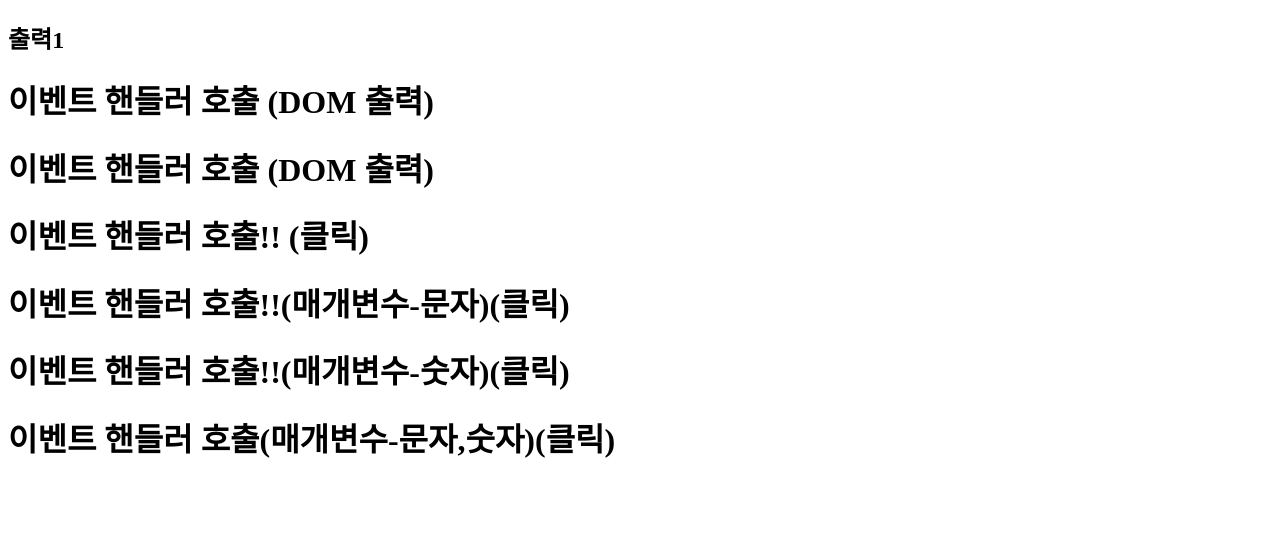
Repository: buildadoor/eclipse
Page: jspexp/src/main/webapp/a01_javascript/a01_basic/a07_function.html
The author's editor kept a copy of each file at every save. The page is drawn from the files as they stood at one save, then again after the next save.
The browser window is 1280 px wide. The pictures show the whole page.

Above is the page before, as saved 2022-11-15 05:42:09.

### jspexp/src/main/webapp/a01_javascript/a01_basic/a07_function.html
<!DOCTYPE html>
<html>
<head>
<meta charset="UTF-8">
<title>Insert title here</title>
<link href="/a00_com/a01_common.css" rel="stylesheet">
<style type="text/css">
/*

*/
</style>
<script type="text/javascript">
/*
 # js의 함수 처리
 1. 함수는 기능 처리를 위한 코드의 집합체라고 할 수 있다.
 2. 기본형식
    function 함수명(매개변수,...){
      프로세스 처리

      return 리턴값;
}
 */
    function plus(num01, num02){
       var sum = num01 + num02;
       return sum;
    }
   //alert( plus(10,20));

   // ex) 물건가격과 갯수를 매개변수로 전달해서 총합계를 리턴하여 alert()로 로딩하세요.
    function calcu(price,cnt){
       var total = price*cnt;
       return total;
    }
    // alert(calcu(20000,4));
    // console.log(calcu(20000,4));
    /*
 # 이벤트와 이벤트핸들러 함수 처리
 1. js에서는 속성으로 on이벤트명="이벤트핸들러"를 통해서
 해당 이벤트가 발생했을 때, 처리할 코드를 특정한 함수를 통해서 정의한 내용을 수행할 수 있다.
 2. 처리 순서
 	1) 이벤트 핸들러 함수 선언 : 이벤트를 통해서 처리할 내용 함수 선언
 	2) 이벤트 속성 선언 및 이벤트 핸들러 함수 호출
 		태그 on이벤트명="이벤트 핸들러 함수()"
    3) 이벤트 핸들러에 매개변수 전달
    	함수에 매개변수를 선언하여 문자열, 숫자 데이터를 전달할 수 있다.
 		*/
    function call01(){
 		alert("안녕하세요");
 	}
    function call02(name){
 		alert("안녕하세요"+name);
 	}
    function call03(num01,num02){
 		alert(num01+"+"+num02+"="+(num01+num02));
 	}
    function call04(pname,price,cnt){
 		alert("물건: "+pname+" 비용: "+(price*cnt));
 	}
  //ex) call04를 통해 물건명과 가격(숫자), 갯수를 넘겨서 alert()으로 구매비용
  // 물건:@@@ 비용:@@를 경고창으로 출력되게 하세요.
 //이벤트를 통해 특정한 DOM객체에 전달값 출력 처리
   function call05(){
	  //h2 첫번째 객체 호출
	  var h2Arry = document.querySelectorAll("h2");
	  h2Arry[0].innerText="안녕하세요";

  }
  //ex)h2에 출력 call06함수를 만들고 DOM출력레이블을 만들고 클릭시 반갑습니다가 나오게 처리하세요
 	    function call06(){
	  //h2 첫번째 객체 호출
	  var h2Arry = document.querySelectorAll("h2");
	  h2Arry[0].innerText="반갑습니다";

  }
 </script>
</head>
<body>
	<h2>출력1</h2>
	<h1 onclick="call05()">이벤트 핸들러 호출 (DOM 출력)</h1>
	<h1 onclick="call06()">이벤트 핸들러 호출 (DOM 출력)</h1>

   <h1 onclick="call01()">이벤트 핸들러 호출!! (클릭)</h1>
   <h1 onclick="call02('홍길동')">이벤트 핸들러 호출!!(매개변수-문자)(클릭)</h1>
   <h1 onclick="call03(4,5)">이벤트 핸들러 호출!!(매개변수-숫자)(클릭)</h1>
   <h1 onclick="call04('사과',1500,3)">이벤트 핸들러 호출(매개변수-문자,숫자)(클릭)</h1>
</body>

<script>

</script>

</html>

### jspexp/src/main/webapp/a00_com/a01_common.css
* {
  box-sizing: border-box;
}

input[type=text],input[type=password], select, textarea {
  width: 100%;
  padding: 12px;
  border: 1px solid #ccc;
  border-radius: 4px;
  resize: vertical;
}

label {
  padding: 12px 12px 12px 0;
  display: inline-block;
}

input[type=button], input[type=submit] {
  background-color: #04AA6D;
  color: white;
  padding: 12px 20px;
  border: none;
  border-radius: 4px;
  cursor: pointer;
  float: right;
}

input[type=button]:hover, input[type=submit]:hover {
  background-color: #45a049;
}

.container {
  border-radius: 5px;
  background-color: #f2f2f2;
  padding: 20px;
}

.col-25 {
  float: left;
  width: 25%;
  margin-top: 6px;
}

.col-75 {
  float: left;
  width: 75%;
  margin-top: 6px;
}

/* Clear floats after the columns */
.row:after {
  content: "";
  display: table;
  clear: both;
}

/* Responsive layout - when the screen is less than 600px wide, make the two columns stack on top of each other instead of next to each other */
@media screen and (max-width: 600px) {
  .col-25, .col-75, input[type=submit] {
    width: 100%;
    margin-top: 0;
  }
}
table {
  font-family: Arial, Helvetica, sans-serif;
  border-collapse: collapse;
  width: 100%;
}
table td, #customers th {
  border: 1px solid #ddd;
  padding: 8px;
  text-align:center;
}
table tr:nth-child(even){background-color: #f2f2f2;}
table tr:hover {background-color: #ddd;}
table th {
  padding-top: 12px;
  padding-bottom: 12px;
  background-color: #04AA6D;
  color: white;
}

After the next save:
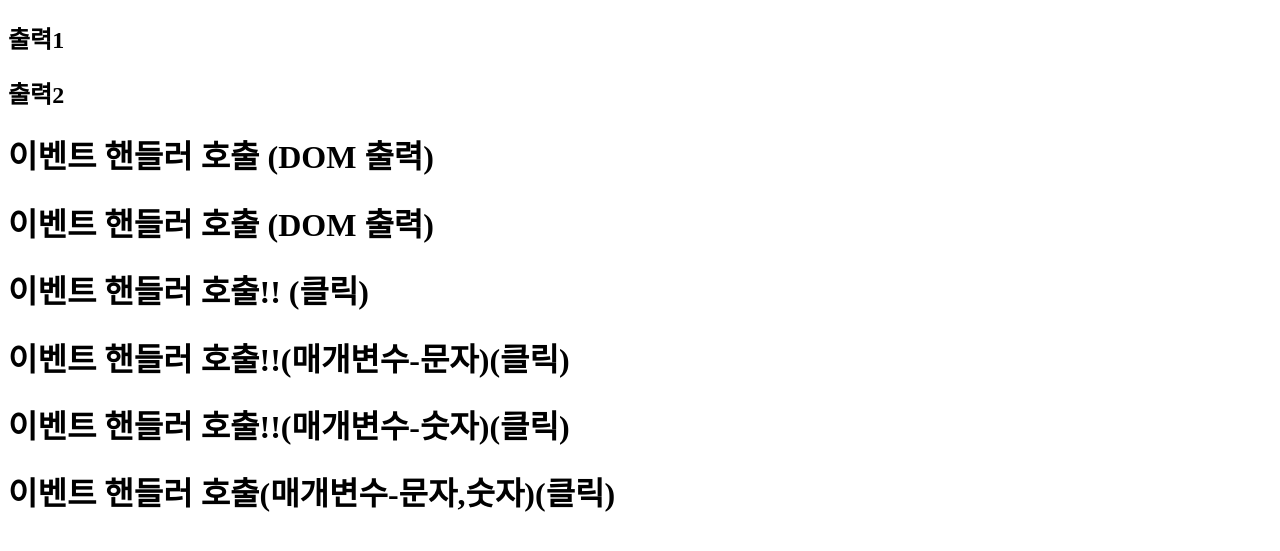
Saved 11 s later.
--- a/jspexp/src/main/webapp/a01_javascript/a01_basic/a07_function.html
+++ b/jspexp/src/main/webapp/a01_javascript/a01_basic/a07_function.html
@@ -76,6 +76,7 @@
 </head>
 <body>
 	<h2>출력1</h2>
+	<h2>출력2</h2>
 	<h1 onclick="call05()">이벤트 핸들러 호출 (DOM 출력)</h1>
 	<h1 onclick="call06()">이벤트 핸들러 호출 (DOM 출력)</h1>
 
